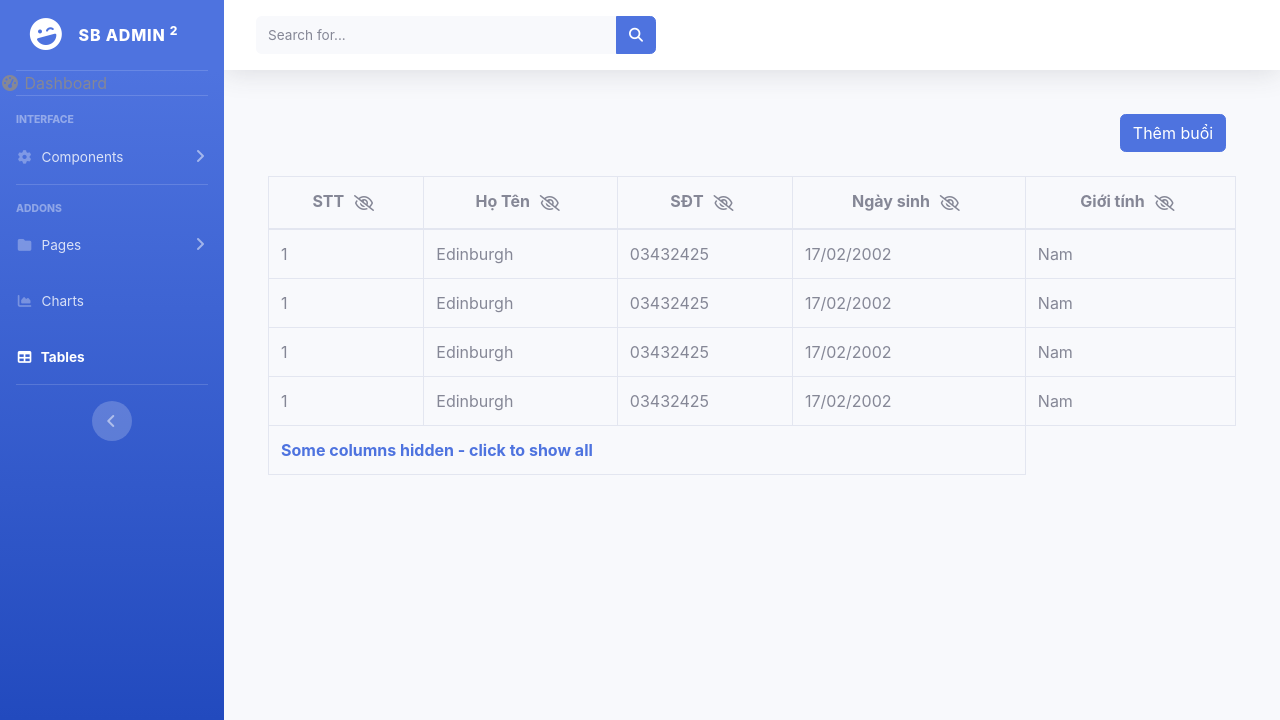
Repository: huyennvo/WebCiTEdu
Page: index.html
These files come from the project's save history. The page is drawn as it stood at one moment and after a run of saves; the edit follows.
The browser window is 1280 px wide. The pictures show the whole page.
Some web libraries are served in a nearby version.

Above is the page before, as saved 2022-07-30 09:32:22.

### index.html
<!DOCTYPE html>
<html lang="en">

<head>

    <meta charset="utf-8">
    <meta http-equiv="X-UA-Compatible" content="IE=edge">
    <meta name="viewport" content="width=device-width, initial-scale=1, shrink-to-fit=no">
    <meta name="description" content="">
    <meta name="author" content="">

    <title>CiT Edu</title>
    <link rel="stylesheet" href="https://cdn.jsdelivr.net/npm/bootstrap@4.6.1/dist/css/bootstrap.min.css">
    <script src="https://cdn.jsdelivr.net/npm/jquery@3.6.0/dist/jquery.slim.min.js"></script>
    <script src="https://cdn.jsdelivr.net/npm/popper.js@1.16.1/dist/umd/popper.min.js"></script>
    <script src="https://cdn.jsdelivr.net/npm/bootstrap@4.6.1/dist/js/bootstrap.bundle.min.js"></script>
    <script src="https://kit.fontawesome.com/1b99fd25e4.js" crossorigin="anonymous"></script>
</head>

<link href="vendor/fontawesome-free/css/all.min.css" rel="stylesheet" type="text/css">
<link href="./sb-admin-2.min.css" rel="stylesheet">
<style>
    /* body {
        padding: 15px;
    } */

    .table-hideable td,
    .table-hideable th {
        width: auto;
        transition: width .5s, margin .5s;
    }

    .btn-condensed.btn-condensed {
        padding: 0 5px;
        box-shadow: none;
    }
    /* use class to have a little animation */

    .hide-col {
        width: 0px !important;
        height: 0px !important;
        display: block !important;
        overflow: hidden !important;
        margin: 0 !important;
        padding: 0 !important;
        border: none !important;
    }
</style>

<!-- Custom styles for this template -->
<link href="css/sb-admin-2.min.css" rel="stylesheet">
<!--

<link href="http://maxcdn.bootstrapcdn.com/font-awesome/4.7.0/css/font-awesome.min.css" rel="stylesheet">
<link rel="stylesheet" href="css/buton.css">

<link rel="stylesheet" href="css/bootstrap.css">
<link rel="stylesheet" href="css/bootstrap.min.css">
<link rel="stylesheet" href="path/to/font-awesome/css/font-awesome.min.css">
<link href="https://cdn.jsdelivr.net/npm/bootstrap@5.2.0/dist/css/bootstrap.min.css" rel="stylesheet" integrity="sha384-gH2yIJqKdNHPEq0n4Mqa/HGKIhSkIHeL5AyhkYV8i59U5AR6csBvApHHNl/vI1Bx" crossorigin="anonymous" />
 -->

<!-- <link
href="https://cdn.jsdelivr.net/npm/bootstrap@5.2.0/dist/css/bootstrap.min.css"
rel="stylesheet"
integrity="sha384-gH2yIJqKdNHPEq0n4Mqa/HGKIhSkIHeL5AyhkYV8i59U5AR6csBvApHHNl/vI1Bx"
crossorigin="anonymous"
/> -->
<!-- <script
src="https://cdn.jsdelivr.net/npm/bootstrap@5.2.0/dist/js/bootstrap.bundle.min.js"
integrity="sha384-A3rJD856KowSb7dwlZdYEkO39Gagi7vIsF0jrRAoQmDKKtQBHUuLZ9AsSv4jD4Xa"
crossorigin="anonymous"
></script>  -->
<script src="./app.js"></script>
</head>

<body id="page-top">

    <!-- Page Wrapper -->
    <div id="wrapper">

        <!-- Sidebar -->
        <ul class="navbar-nav bg-gradient-primary sidebar sidebar-dark accordion" id="accordionSidebar">

            <!-- Sidebar - Brand -->
            <a class="sidebar-brand d-flex align-items-center justify-content-center" href="index.html">
                <div class="sidebar-brand-icon rotate-n-15">
                    <i class="fas fa-laugh-wink"></i>
                </div>
                <div class="sidebar-brand-text mx-3">SB Admin <sup>2</sup></div>
            </a>

            <!-- Divider -->
            <hr class="sidebar-divider my-0">

            <!-- Nav Item - Dashboard -->
            <li class="nav-item">
                <!-- <a class="nav-link" href="index.html"> -->
                <i class="fas fa-fw fa-tachometer-alt"></i>
                <span>Dashboard</span></a>
            </li>

            <!-- Divider -->
            <hr class="sidebar-divider">

            <!-- Heading -->
            <div class="sidebar-heading">
                Interface
            </div>

            <!-- Nav Item - Pages Collapse Menu -->
            <li class="nav-item">
                <a class="nav-link collapsed" href="#" data-toggle="collapse" data-target="#collapseTwo" aria-expanded="true" aria-controls="collapseTwo">
                    <i class="fas fa-fw fa-cog"></i>
                    <span>Components</span>
                </a>
            </li>

            <!-- Divider -->
            <hr class="sidebar-divider">

            <!-- Heading -->
            <div class="sidebar-heading">
                Addons
            </div>

            <!-- Nav Item - Pages Collapse Menu -->
            <li class="nav-item">
                <a class="nav-link collapsed" href="#" data-toggle="collapse" data-target="#collapsePages" aria-expanded="true" aria-controls="collapsePages">
                    <i class="fas fa-fw fa-folder"></i>
                    <span>Pages</span>
                </a>
            </li>

            <!-- Nav Item - Charts -->
            <li class="nav-item">
                <a class="nav-link" href="charts.html">
                    <i class="fas fa-fw fa-chart-area"></i>
                    <span>Charts</span></a>
            </li>

            <!-- Nav Item - Tables -->
            <li class="nav-item active">
                <a class="nav-link" href="tables.html">
                    <i class="fas fa-fw fa-table"></i>
                    <span>Tables</span></a>
            </li>

            <!-- Divider -->
            <hr class="sidebar-divider d-none d-md-block">

            <!-- Sidebar Toggler (Sidebar) -->
            <div class="text-center d-none d-md-inline">
                <button class="rounded-circle border-0" id="sidebarToggle"></button>
            </div>

        </ul>
        <!-- End of Sidebar -->

        <!-- Content Wrapper -->
        <div id="content-wrapper" class="d-flex flex-column">

            <!-- Main Content -->
            <div id="content">

                <!-- Topbar -->
                <nav class="navbar navbar-expand navbar-light bg-white topbar mb-4 static-top shadow">

                    <!-- Sidebar Toggle (Topbar) -->
                    <form class="form-inline">
                        <button id="sidebarToggleTop" class="btn btn-link d-md-none rounded-circle mr-3">
              <i class="fa fa-bars"></i>
            </button>
                    </form>

                    <!-- Topbar Search -->
                    <form class="d-none d-sm-inline-block form-inline mr-auto ml-md-3 my-2 my-md-0 mw-100 navbar-search">
                        <div class="input-group">
                            <input type="text" class="form-control bg-light border-0 small" placeholder="Search for..." aria-label="Search" aria-describedby="basic-addon2">
                            <div class="input-group-append">
                                <button class="btn btn-primary" type="button">
                  <i class="fas fa-search fa-sm"></i>
                </button>
                            </div>
                        </div>
                    </form>
                </nav>
                <!-- End of Topbar -->
                <!-- Begin Page Content -->
                <div class="container-fluid">
                    <div class="card-body">

                        <div class="table-responsive">
                            <button style="display: flex; position: relative;
                            left: 88%;" id="insertCol" class="btn btn-primary">Thêm buổi</button>
                            <br>
                            <table class="table table-bordered" id="dataTable" width="100%" cellspacing="0">
                                <thead style="text-align: center;">
                                    <tr id="row1">
                                        <th>
                                            STT
                                            <button style="max-width: 8vw;" class="pull-right btn btn-default btn-condensed hide-column" data-toggle="tooltip" data-placement="bottom" title="Ẩn cột">
          <i class="fa fa-eye-slash"></i>
        </button>
                                        </th>

                                        <th>
                                            Họ Tên
                                            <button class="pull-right btn btn-default btn-condensed hide-column" data-toggle="tooltip" data-placement="bottom" title="Ẩn cột">
          <i class="fa fa-eye-slash"></i>
        </button>
                                        </th class="hide-col">
                                        <th>
                                            SĐT
                                            <button class="pull-right btn btn-default btn-condensed hide-column" data-toggle="tooltip" data-placement="bottom" title="Ẩn cột">
          <i class="fa fa-eye-slash"></i>
        </button>
                                        </th>

                                        <th>
                                           Ngày sinh
                                            <button class="pull-right btn btn-default btn-condensed hide-column" data-toggle="tooltip" data-placement="bottom" title="Ẩn cột">
          <i class="fa fa-eye-slash"></i>
        </button>
                                       </th>
                                        </th class="hide-col">
                                        <th>
                                            Giới tính
                                            <button class="pull-right btn btn-default btn-condensed hide-column" data-toggle="tooltip" data-placement="bottom" title="Ẩn cột">
          <i class="fa fa-eye-slash"></i>
        </button>
                                        </th>

                                    </tr>
                                </thead>
                                <tbody id="myTable">


                                    <tr id="row2">
                                        <td>1</td>
                                        <td>Edinburgh</td>
                                        <td>03432425</td>
                                        <td>17/02/2002</td>
                                        <td>Nam</td>
                                    </tr>
                                    <tr id="row3">
                                        <td>1</td>
                                        <td>Edinburgh</td>
                                        <td>03432425</td>
                                        <td>17/02/2002</td>
                                        <td>Nam</td>
                                    </tr>
                                    <tr id="row4">
                                        <td>1</td>
                                        <td>Edinburgh</td>
                                        <td>03432425</td>
                                        <td>17/02/2002</td>
                                        <td>Nam</td>
                                    </tr>
                                    <tr id="row5">
                                        <td>1</td>
                                        <td>Edinburgh</td>
                                        <td>03432425</td>
                                        <td>17/02/2002</td>
                                        <td>Nam</td>
                                    </tr>

                                </tbody>
                                <tfoot class="footer-restore-columns">
                                    <tr>
                                        <th colspan="4"><a class="restore-columns" href="#">Some columns hidden - click to show all</a></th>
                                    </tr>
                                </tfoot>
                            </table>
                        </div>
                    </div>
                </div>

            </div>
            <!-- /.container-fluid -->
        </div>
        <!-- End of Main Content -->

    </div>
    <!-- End of Content Wrapper -->

    </div>
    <!-- End of Page Wrapper -->

    <!-- Scroll to Top Button-->
    <!-- Button trigger modal -->


    <!-- Modal -->

    <div class="modal fade" id="exampleModal" tabindex="-1" aria-labelledby="exampleModalLabel" aria-hidden="true">
        <div class="modal-dialog">
            <div class="modal-content">
                <div class="modal-header">
                    <h5 class="modal-title" id="exampleModalLabel">Thông tin buổi học</h5>
                    <button type="button" class="close" data-dismiss="modal" aria-label="Close">
            <span aria-hidden="true">&times;</span>
          </button>
                </div>
                <div class="modal-body">
                    <form id="formInput-add">
                        <div class="form-group row">
                            <label class="col-md-3" for="inputName">Chủ nhiệm</label>
                            <input type="text" class="col-md-9 form-control" id="inputName" name="name" aria-describedby="emailHelp" placeholder="Tên chủ nhiệm" />
                        </div>
                        <div class="form-group row">
                            <label class="col-md-3" for="inputPrice">Trợ giảng</label>
                            <input type="" name="price" class="col-md-9 form-control" id="inputPrice" placeholder="Tên trợ giảng" />
                        </div>
                        <div class="form-group row">
                            <label class="col-md-3" for="inputDescription">Giảng viên</label>
                            <input type="" name="description" class="col-md-9 form-control" id="inputDescription" placeholder="Tên giảng viên" />
                        </div>
                        <div class="form-group row">
                            <label class="col-md-3" for="inputQuantity">Nội dung buổi học</label>

                            <input type="" name="product_site" class="col-md-9 form-control" id="inputProductSite" placeholder="" />
                            <!-- <textarea id="w3review" name="w3review" rows="4" cols="50"></textarea> -->
                        </div>
                        <div class="form-group row">
                            <label class="col-md-3" for="inputProductSite">Nhận xét</label>
                            <textarea type="" name="quantity" class="col-md-9 form-control" id="inputQuantity" placeholder=""></textarea>
                        </div>
                        <div class="modal-footer">
                            <button type="button" class="btn btn-primary">Lưu</button>
                            <button type="button" class="btn btn-secondary" data-dismiss="modal">Đóng</button>
                        </div>
                </div>
            </div>
        </div>
    </div>

</body>

</html>

### app.js
$(document).ready(function () {
  // $('#dataTable').on('click', '#select-all', function(){
  //    let a =$(this).className;
  //     console.log(a);
  //   // if ($(this).hasClass('allChecked')) {
      // $('input:checkbox[id^=a][type="checkbox"]').prop('checked', false);
  //   // } else {
  //   //   $('input:checkbox[id^=a][type="checkbox"]').prop('checked', true);
  //   // }
  //   // $(this).toggleClass('allChecked');
  // });
  // $("checkBox[id='checkbox1']")
  // $('#select-all2').click(function () {
  //   if ($(this).hasClass('allChecked')) {
  //     $('input:checkbox[id^="checkBox2"][type="checkbox"]').prop('checked', false);
  //   } else {
  //     $('input:checkbox[id^="checkBox2"][type="checkbox"]').prop('checked', true);
  //   }
  //   $(this).toggleClass('allChecked');
  // });
 // on init
 $(".table-hideable .hide-col").each(HideColumnIndex);

 // on click
 $('.hide-column').click(HideColumnIndex)

 function HideColumnIndex() {
     var $el = $(this);
     var $cell = $el.closest('th,td')
     var $table = $cell.closest('table')

     // get cell location - https://stackoverflow.com/a/4999018/1366033
     var colIndex = $cell[0].cellIndex + 1;
     // find and hide col index
     $table.find("tbody tr, thead tr")
         .children(":nth-child(" + colIndex + ")")
         .addClass('hide-col')

     // show restore footer
     $table.find(".footer-restore-columns").show()
 }

 // restore columns footer
 $(".restore-columns").click(function(e) {
     var $table = $(this).closest('table')
     $table.find(".footer-restore-columns").hide()
     $table.find("th, td")
         .removeClass('hide-col');

 })

 $('[data-toggle="tooltip"]').tooltip({
     trigger: 'hover'
 })

 let stt = 1;
 $("#insertCol").click(function(){
  let html1 = "";

  html1 +=`<th>Buổi ${stt} <button style="border: 0; background-color: #F8F9FC" data-stt="${stt}" class="checkBox${stt} select-all"><i
    class="fa-solid fa-check-double" style="color:green;"  data-toggle="tooltip" data-placement="right" title="Chọn tất cả"></i></button><br><button type="button"
    class="btn" data-toggle="modal" data-target="#exampleModal">
    Thêm
    </button>  <button class="pull-right btn btn-default btn-condensed hide-column" data-toggle="tooltip" data-placement="bottom" title="Hide Column">
    <i class="fa fa-eye-slash"></i>
    </button> </th>`;
    $("#row1").append(html1);
    for(let i = 0; i < 5; i++) {
      $(`#row${i + 2}`).append(`<td><input type="checkbox" id="checkBox${stt}" name="name" value="name">
      <select name="cars" id="cars" >
        <option value="saab" selected></option>
          <option value="saab" >Có phép</option>
          <option value="opel">Không phép</option>
          <option value="audi">Đi muộn</option>
        </select>
      </td>`);


    }


  // on init
 $(".table-hideable .hide-col").each(HideColumnIndex);

 // on click
 $('.hide-column').click(HideColumnIndex)

 function HideColumnIndex() {
     var $el = $(this);
     var $cell = $el.closest('th,td')
     var $table = $cell.closest('table')

     // get cell location - https://stackoverflow.com/a/4999018/1366033
     var colIndex = $cell[0].cellIndex + 1;
     // find and hide col index
     $table.find("tbody tr, thead tr")
         .children(":nth-child(" + colIndex + ")")
         .addClass('hide-col')

     // show restore footer
     $table.find(".footer-restore-columns").show()
 }

 // restore columns footer
 $(".restore-columns").click(function(e) {
     var $table = $(this).closest('table')
     $table.find(".footer-restore-columns").hide()
     $table.find("th, td")
         .removeClass('hide-col');

 })

 $('[data-toggle="tooltip"]').tooltip({
     trigger: 'hover'
 })
 $('.select-all').click(function () {
  let sttt = $(this).attr("data-stt");
  console.log(sttt);
  if ($(this).hasClass('allChecked')) {
    $(`input:checkbox[id^="checkBox${sttt}"][type="checkbox"]`).prop('checked', false);
  } else {
    $(`input:checkbox[id^="checkBox${sttt}"][type="checkbox"]`).prop('checked', true);
  }
  $(this).toggleClass('allChecked');
})
 stt++;
});




});

Loaded but not shown: sb-admin-2.min.css (library)

After the next 2 saves:
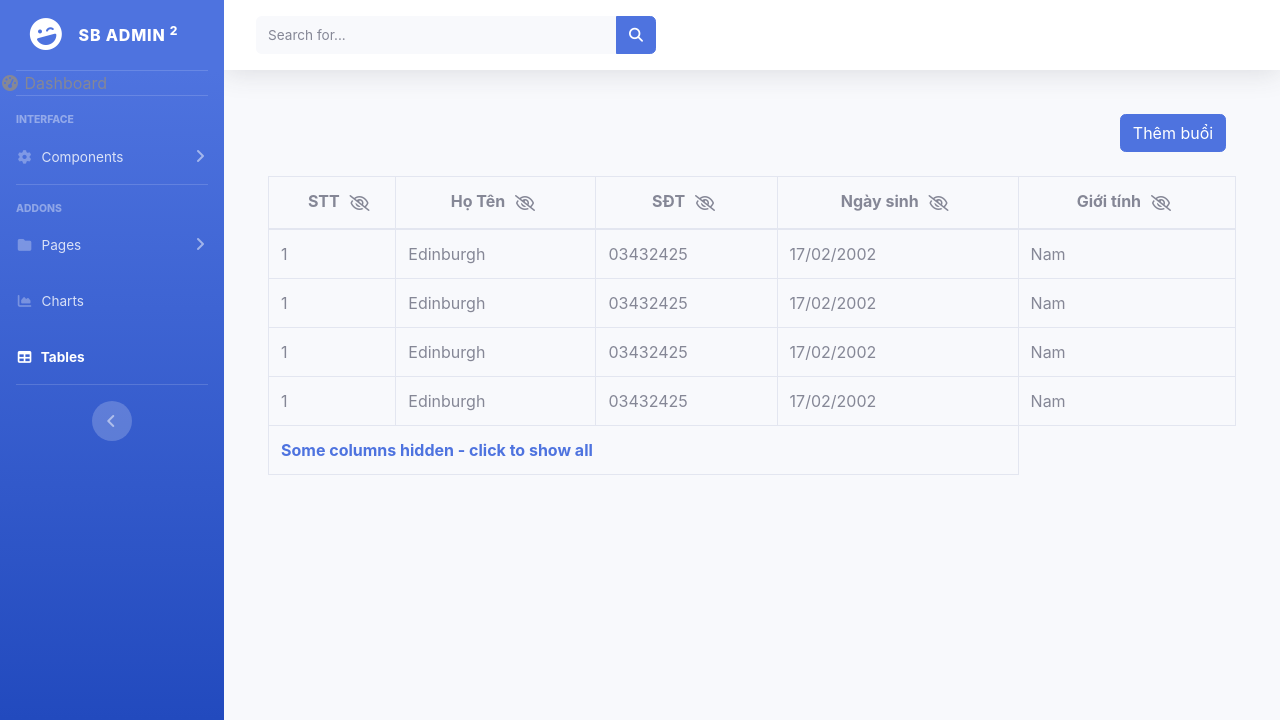
The 2 saves are shown as one change because they came seconds apart.
The last was saved 7 s later.
--- a/index.html
+++ b/index.html
@@ -199,7 +199,7 @@ crossorigin="anonymous"
                                     <tr id="row1">
                                         <th>
                                             STT
-                                            <button style="max-width: 8vw;" class="pull-right btn btn-default btn-condensed hide-column" data-toggle="tooltip" data-placement="bottom" title="Ẩn cột">
+                                            <button style="max-width: 1vw;" class="pull-right btn btn-default btn-condensed hide-column" data-toggle="tooltip" data-placement="bottom" title="Ẩn cột">
           <i class="fa fa-eye-slash"></i>
         </button>
                                         </th>
